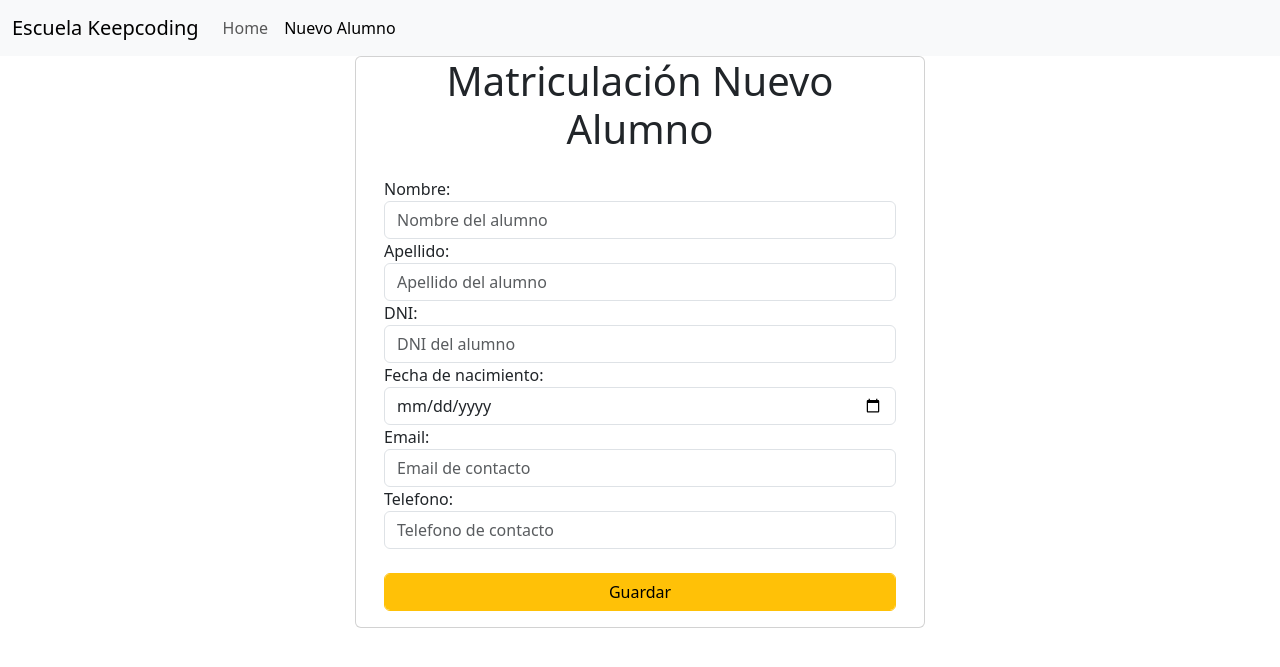
Repository: ChusmiPalos/EscuelaKeepcoding
Page: http://localhost/editar_alumno
The author's editor kept a copy of each file at every save. The page is drawn from the files as they stood at one save, then again after the next save.
The browser window is 1280 px wide. The pictures show the whole page.
The page is this project's Thymeleaf template; nobody is signed in. The template is opened directly, without the code that normally fills it, so the values that code supplies are empty.

Above is the page before, as saved 2024-07-04 19:09:34.

After the next save:
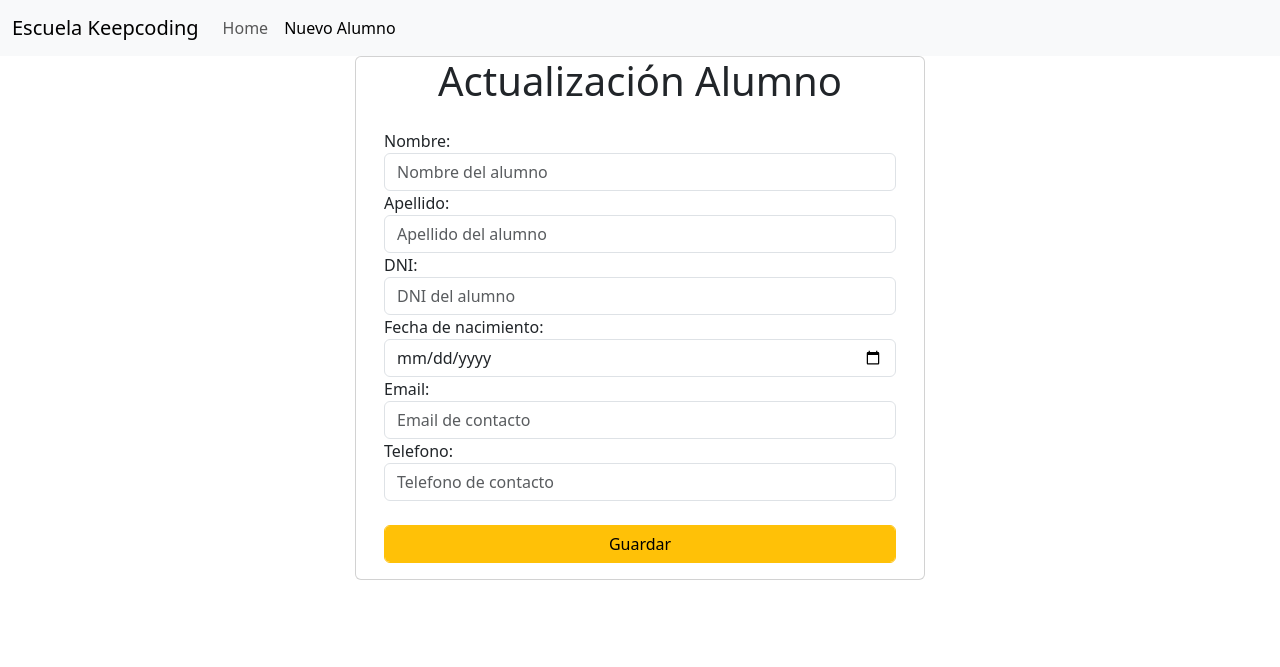
Saved 51 s later.
--- a/app-web-escuela/src/main/resources/templates/editar_alumno.html
+++ b/app-web-escuela/src/main/resources/templates/editar_alumno.html
@@ -35,7 +35,7 @@
 		<div class="row">
 			<div
 				class="col-lg-6 col-md-6 col-sm-6 container justify-content-center card">
-				<h1 class="text-center">Matriculaci&oacute;n Nuevo Alumno</h1>
+				<h1 class="text-center">Actualizaci&oacute;n Alumno</h1>
 				<div class="card-body">
 					<form method="POST" th:object="${alumno}"
 						th:action="@{/alumnoForm}">
